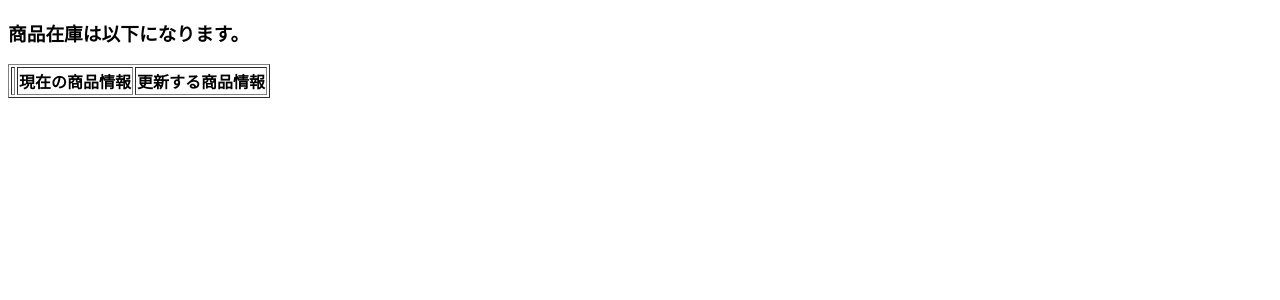
Repository: sachiyuki/java
Page: http://localhost/AdminLogin/adminpage.jsp
These files come from the project's save history. The page is drawn as it stood at one moment and after the next save; the edit follows.
The browser window is 1280 px wide. The pictures show the whole page.
The page is served by Tomcat 9.

Above is the page before, as saved 2018-03-05 09:43:59.

After the next save:
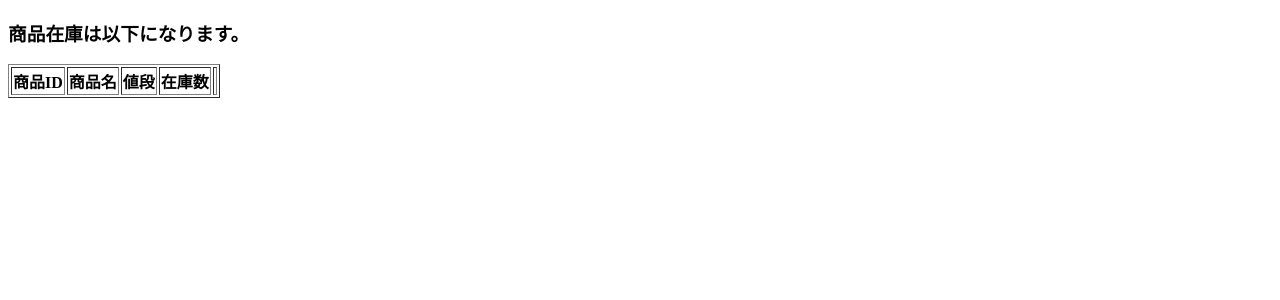
Saved 8 min 16 s later.
--- a/AdminLogin/WebContent/adminpage.jsp
+++ b/AdminLogin/WebContent/adminpage.jsp
@@ -15,9 +15,11 @@
 
 <table border="1">
 <tr>
+	<th>商品ID</th>
+	<th>商品名</th>
+	<th>値段</th>
+	<th>在庫数</th>
 	<th></th>
-	<th>現在の商品情報</th>
-	<th>更新する商品情報</th>
 </tr>
 <s:iterator value="itemList">
 <tr>
